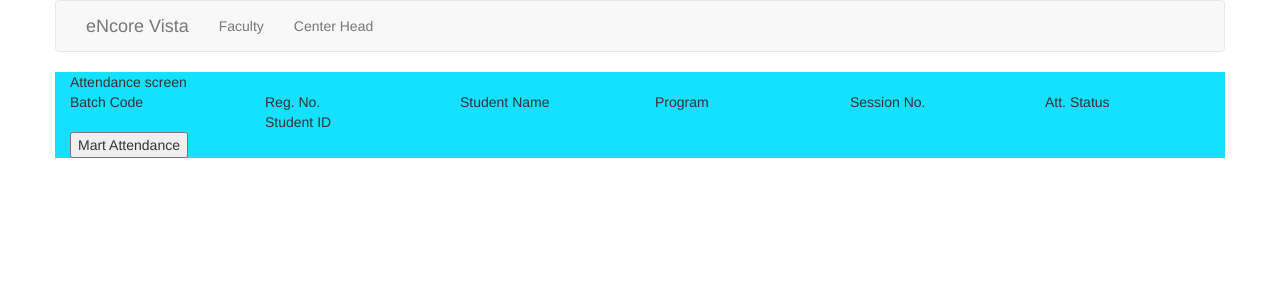
Repository: RajeswarM-NIIT/RajeswarAceMarch2020
Page: http://localhost/attendance/WEB-INF/views/attpage.jsp
An editor plug-in stored every save of this project. The page is shown before and after the next save, followed by the edit.
The browser window is 1280 px wide. The pictures show the whole page.
The page is served by Tomcat 9. Nobody is signed in. Other server files are loaded and not shown. The template is opened directly, without the code that normally fills it, so the values that code supplies are empty.

Above is the page before, as saved 2020-03-13 20:22:27.

### attendance/src/main/webapp/WEB-INF/views/attpage.jsp
<%@ page language="java" contentType="text/html; charset=ISO-8859-1"
    pageEncoding="ISO-8859-1"%>
<!DOCTYPE html>
<html>
<head>
<%@ include file = "links.jsp" %>
</head>
<body>

<%@ include file = "navbar.jsp" %>
<div class="container" style="background-color:#14e0ff">
Attendance screen
	<div class="row">
		<div class="col-sm-2">Batch Code</div>
		<div class="col-sm-2">Reg. No. <br> Student ID</div>
		<div class="col-sm-2">Student Name</div>
		<div class="col-sm-2">Program</div>
		<div class="col-sm-2">Session No.</div>
		<div class="col-sm-2">Att. Status</div>
	</div>
<spring:form modelAttribute="form"  action="reqMarkAttendance" method="post">
	<c:forEach items="${form.studentrecords}" var="st" varStatus="vs">

	 	<spring:hidden path="studentrecords[${vs.index}].batchid"/>
	 	<spring:hidden path="studentrecords[${vs.index}].crsid"/>
		<spring:hidden path="studentrecords[${vs.index}].crsname"/>
		<spring:hidden path="studentrecords[${vs.index}].nosessions"/>
		<spring:hidden path="studentrecords[${vs.index}].status"/>
		<spring:hidden path="studentrecords[${vs.index}].batchschstid"/>
		<spring:hidden path="studentrecords[${vs.index}].sessionno"/>
		<spring:hidden path="studentrecords[${vs.index}].batchschedulestudentsstatus"/>
		<spring:hidden path="studentrecords[${vs.index}].regid"/>
		<spring:hidden path="studentrecords[${vs.index}].studentstatus"/>
		<spring:hidden path="studentrecords[${vs.index}].stid"/>
		<spring:hidden path="studentrecords[${vs.index}].stname"/>
		${st.batchid}  ${st.regid}    ${st.stid}    ${st.stname}   ${st.crsname}  	${st.sessionno}
		<spring:radiobutton path="studentrecords[${vs.index}].attst" value="Present" checked="true"/>Present
		<spring:radiobutton path="studentrecords[${vs.index}].attst" value="Absent" />Absent

		<%-- <spring:checkbox path="${st.attst}" checked="true" value="Present"/> --%>
		<hr>
	</c:forEach>
	<spring:button>Mart Attendance</spring:button>
</spring:form>

</div>
</body>
</html>

### attendance/src/main/webapp/WEB-INF/views/links.jsp
  <link rel="stylesheet" href="https://maxcdn.bootstrapcdn.com/bootstrap/3.4.1/css/bootstrap.min.css">
  <script src="https://ajax.googleapis.com/ajax/libs/jquery/3.4.1/jquery.min.js"></script>
  <script src="https://maxcdn.bootstrapcdn.com/bootstrap/3.4.1/js/bootstrap.min.js"></script>
  <link rel="stylesheet" href="https://cdnjs.cloudflare.com/ajax/libs/font-awesome/4.7.0/css/font-awesome.min.css">

  <%@ taglib uri="http://www.springframework.org/tags/form" prefix="spring"%>
  <%@ taglib uri="http://java.sun.com/jsp/jstl/core" prefix="c"%>

### attendance/src/main/webapp/WEB-INF/views/navbar.jsp
<nav class="navbar navbar-default container">
  <div class="container-fluid">
    <div class="navbar-header">
     	<a class="navbar-brand" href="#">eNcore Vista</a>
	    <ul class="nav navbar-nav">
	      <li><a href="reqFacPage">Faculty</a></li>
	      <li><a href="reqCHPage">Center Head</a></li>
	    </ul>
  	</div>
  </div>
</nav>

After the next save:
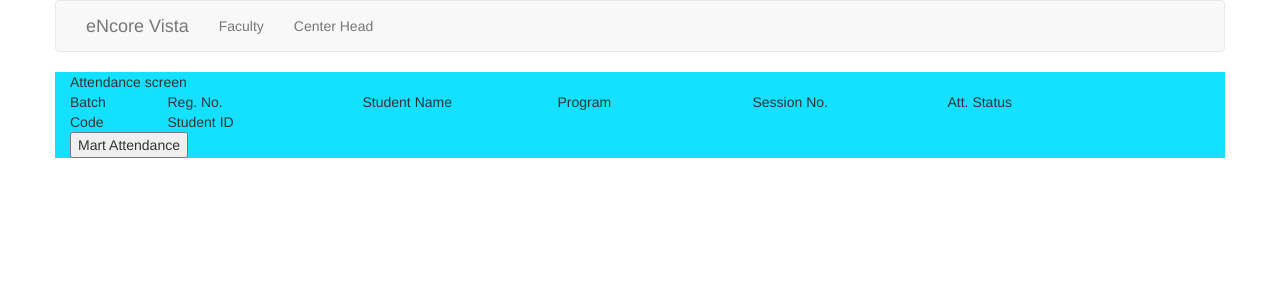
Saved 36 s later.
--- a/attendance/src/main/webapp/WEB-INF/views/attpage.jsp
+++ b/attendance/src/main/webapp/WEB-INF/views/attpage.jsp
@@ -11,12 +11,12 @@
 <div class="container" style="background-color:#14e0ff">
 Attendance screen
 	<div class="row">
-		<div class="col-sm-2">Batch Code</div>
+		<div class="col-sm-1">Batch Code</div>
 		<div class="col-sm-2">Reg. No. <br> Student ID</div>
 		<div class="col-sm-2">Student Name</div>
 		<div class="col-sm-2">Program</div>
 		<div class="col-sm-2">Session No.</div>
-		<div class="col-sm-2">Att. Status</div>
+		<div class="col-sm-3">Att. Status</div>
 	</div>
 <spring:form modelAttribute="form"  action="reqMarkAttendance" method="post">
 	<c:forEach items="${form.studentrecords}" var="st" varStatus="vs">
